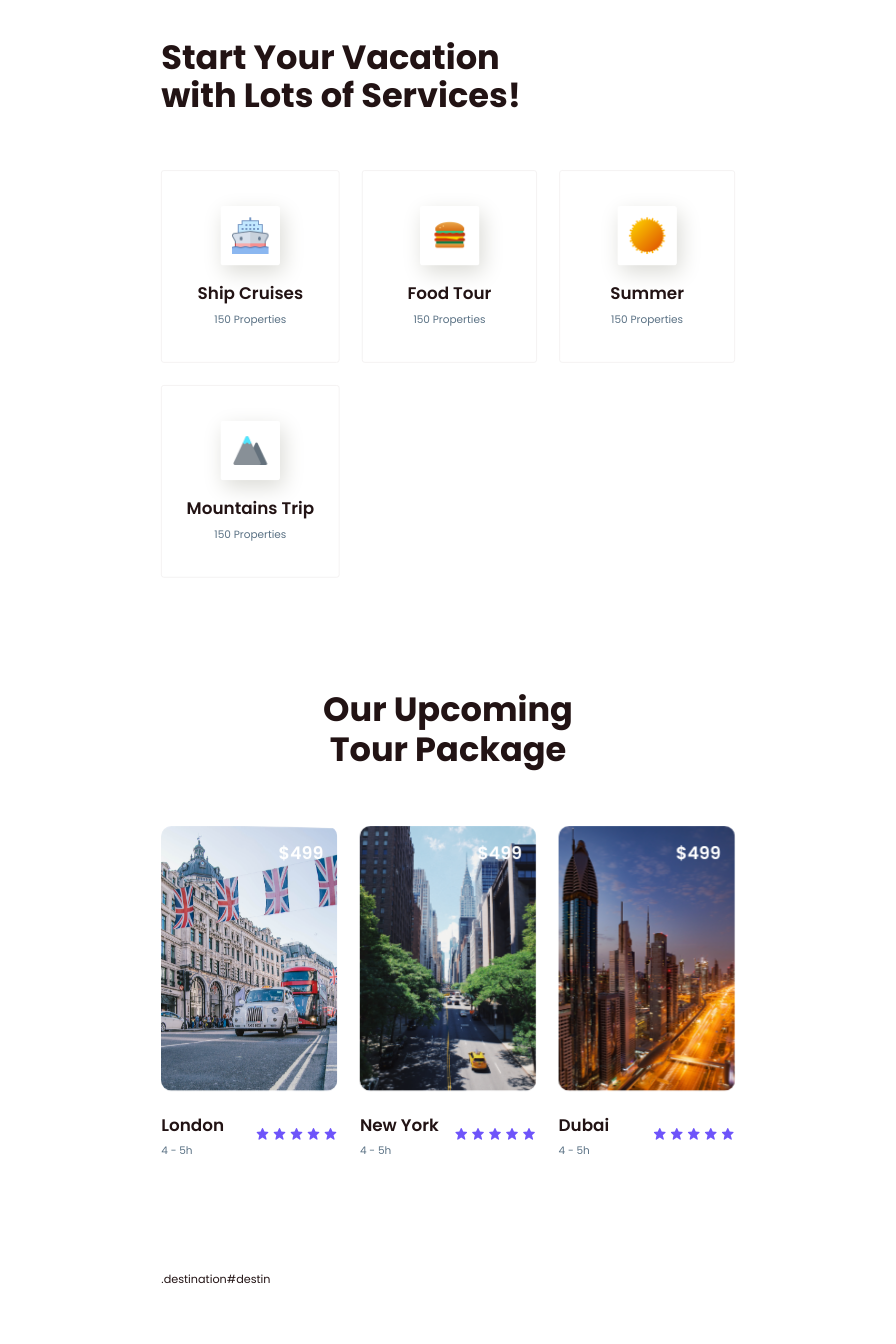
Repository: iamwind-dev/QLTourDuLich
Page: index.html
These files come from the project's save history. The page is drawn as it stood at one moment and after a run of saves; the edit follows.
The browser window is 1280 px wide. The pictures show the part of the page from y = 743 to 2663 px (the page is 2663 px tall before and 2638 px after), at 70% of full size.
Some web fonts or font styles are not loaded; a fallback is used.

Above is the page before, as saved 2023-11-06 00:18:13.

After the next 2 saves:
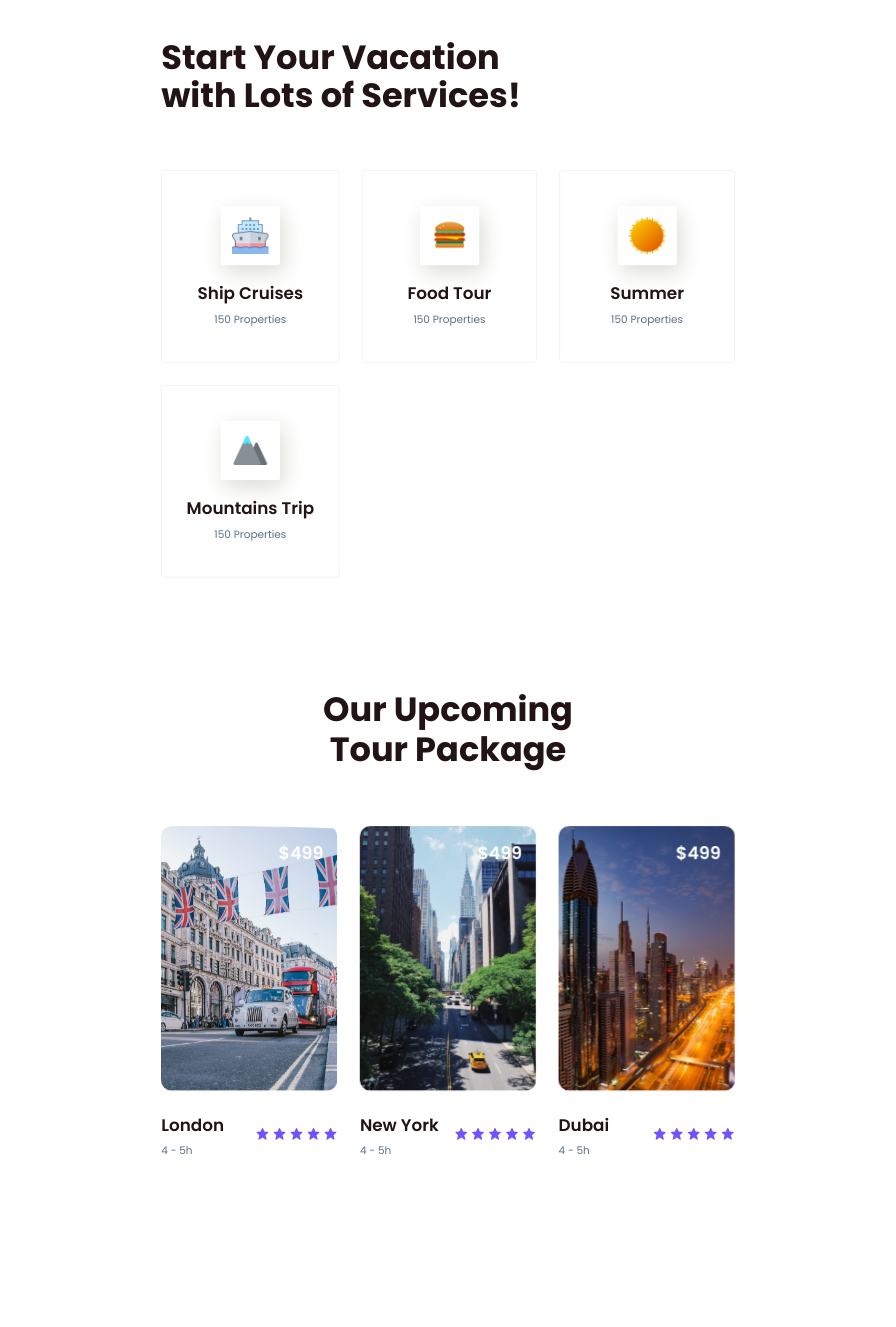
The 2 saves are shown as one change because they came seconds apart.
The last was saved 6 s later.
--- a/index.html
+++ b/index.html
@@ -180,7 +180,9 @@
 
 <!-- Destination -->
 <section>
-    .destination#destin
+    <div class="destination" id="destination">
+
+    </div>
 </section>
 <!-- link to JS -->
   <script type="text/javascript" src="./js/script.js"></script>
